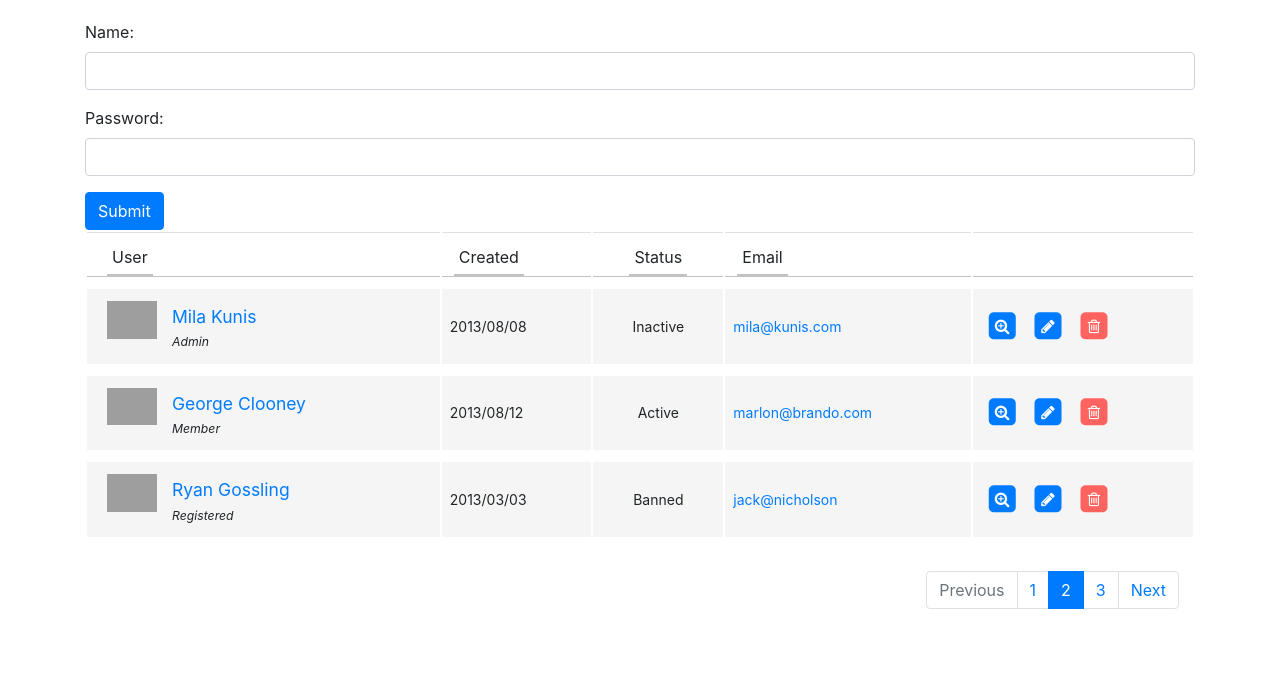
Repository: tienhoang123/Demo
Page: http://localhost/User/WEB-INF/views/home.jsp
These files come from the project's save history. The page is drawn as it stood at one moment and after the next save; the edit follows.
The browser window is 1280 px wide. The pictures show the whole page.
Pictures or frames that could not be fetched are drawn as grey boxes. Some web libraries are served in a nearby version. The page is served by Tomcat 9. Nobody is signed in. The template is opened directly, without the code that normally fills it, so the values that code supplies are empty.

Above is the page before, as saved 2019-10-14 06:41:28.
Console error: TypeError: Cannot read properties of undefined (reading 'fn')

After the next save:
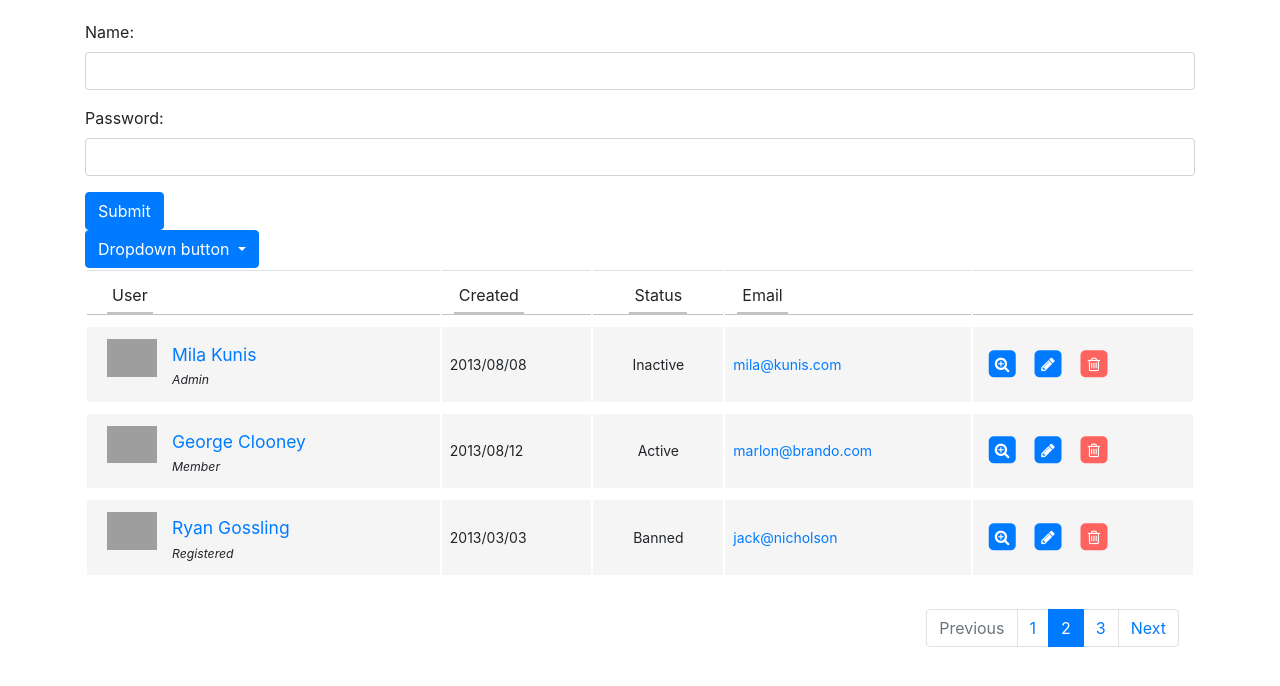
Saved 70 s later.
--- a/DemoCrud/User/src/main/webapp/WEB-INF/views/home.jsp
+++ b/DemoCrud/User/src/main/webapp/WEB-INF/views/home.jsp
@@ -32,6 +32,16 @@
       <input type="password" class="form-control" id="pwd" name="password">
     </div>
     <button type="submit" class="btn btn-primary">Submit</button>
+      <div class="dropdown">
+    <button type="button" class="btn btn-primary dropdown-toggle" data-toggle="dropdown">
+      Dropdown button
+    </button>
+    <div class="dropdown-menu">
+      <a class="dropdown-item" href="#">Link 1</a>
+      <a class="dropdown-item" href="#">Link 2</a>
+      <a class="dropdown-item" href="#">Link 3</a>
+    </div>
+  </div>
 						<table class="table user-list">
 							<thead>
 								<tr>

After the save that followed:
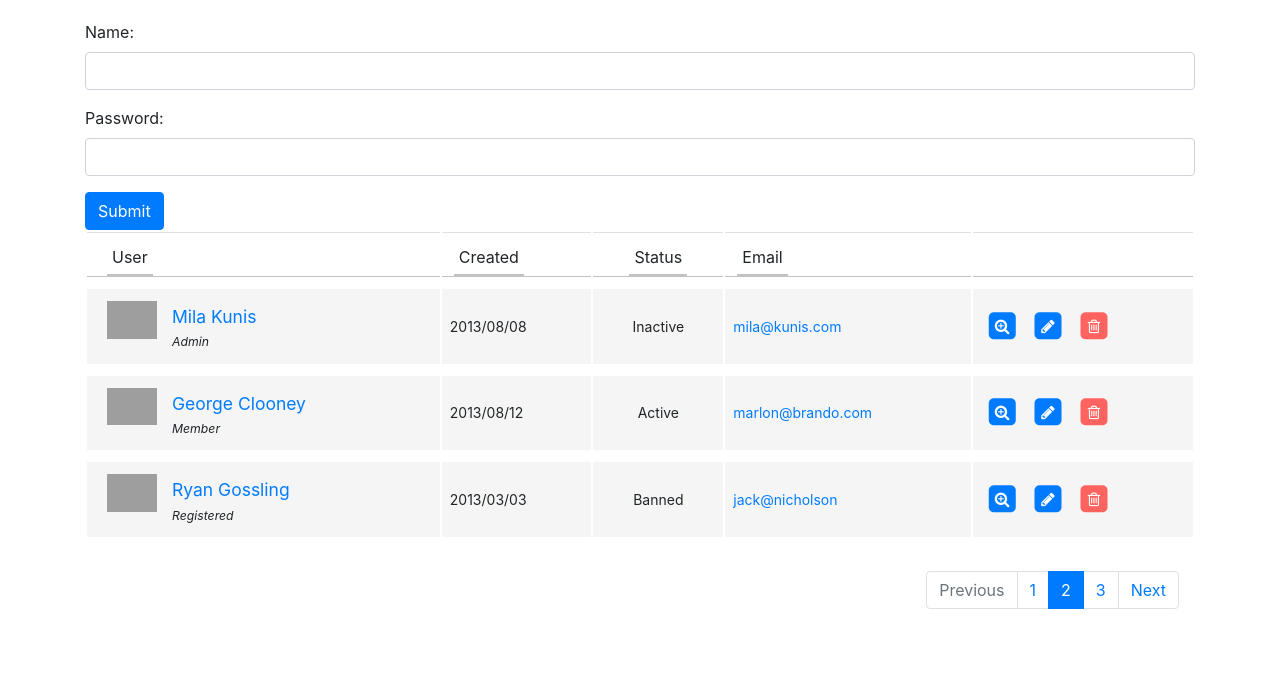
Saved 17 s later.
--- a/DemoCrud/User/src/main/webapp/WEB-INF/views/home.jsp
+++ b/DemoCrud/User/src/main/webapp/WEB-INF/views/home.jsp
@@ -32,16 +32,7 @@
       <input type="password" class="form-control" id="pwd" name="password">
     </div>
     <button type="submit" class="btn btn-primary">Submit</button>
-      <div class="dropdown">
-    <button type="button" class="btn btn-primary dropdown-toggle" data-toggle="dropdown">
-      Dropdown button
-    </button>
-    <div class="dropdown-menu">
-      <a class="dropdown-item" href="#">Link 1</a>
-      <a class="dropdown-item" href="#">Link 2</a>
-      <a class="dropdown-item" href="#">Link 3</a>
-    </div>
-  </div>
+
 						<table class="table user-list">
 							<thead>
 								<tr>
